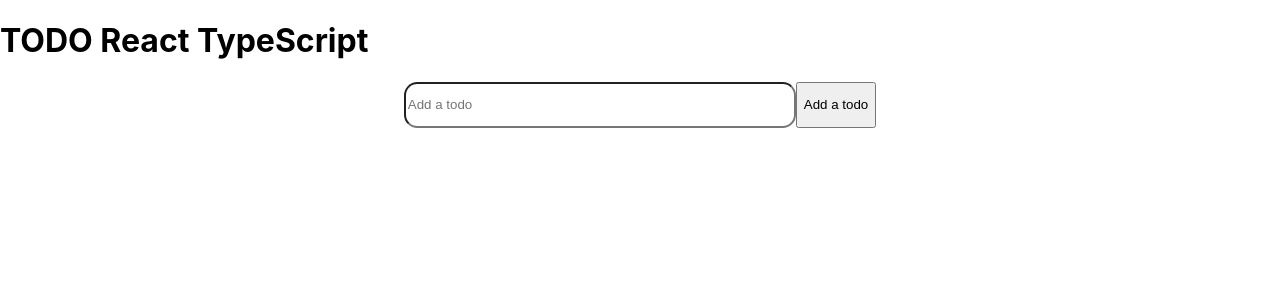
Repository: gligor99/todo-ts-react
Page: /
The author's editor kept a copy of each file at every save. The page is drawn from the files as they stood at one save, then again after the next save.
The browser window is 1280 px wide. The pictures show the whole page.
The project was rebuilt for these pictures with package versions that can differ from the ones it lists, and the page was loaded fresh each time. Also part of the build but not shown: src/components/TodoListItem.tsx.

Above is the page before, as saved 2021-11-19 21:27:48.

After the next save:
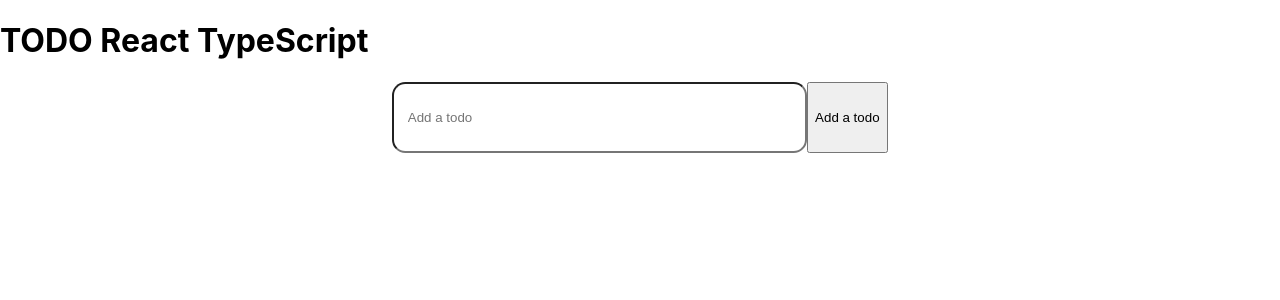
Saved 11 s later.
--- a/src/App.css
+++ b/src/App.css
@@ -3,6 +3,7 @@
     justify-content: center;
 }
 .todo-input {
+    padding: 1em;
     height: 3em;
     border-radius: 1em;
     width: 30%;
